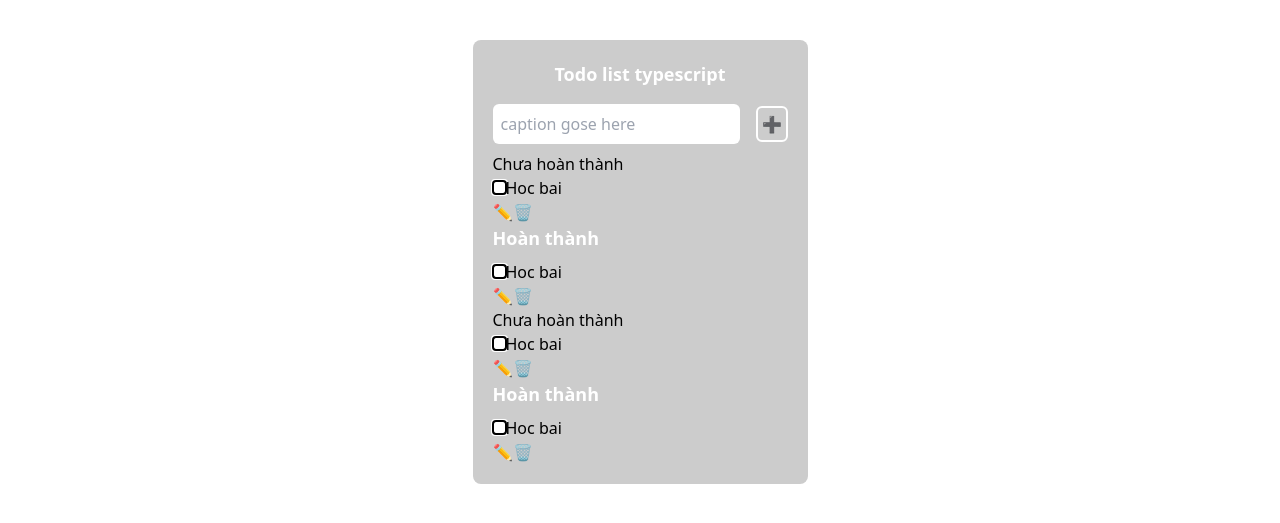
Repository: VIET-TU/react-super-main
Page: / (app in todolist-mybuild/)
These files come from the project's save history. The page is drawn as it stood at one moment and after the next save; the edit follows.
The browser window is 1280 px wide. The pictures show the whole page.
The project was rebuilt for these pictures with package versions that can differ from the ones it lists, and the page was loaded fresh each time. Also part of the build but not shown: todolist-mybuild/vite.config.ts.

Above is the page before, as saved 2023-05-16 07:01:02.

After the next save:
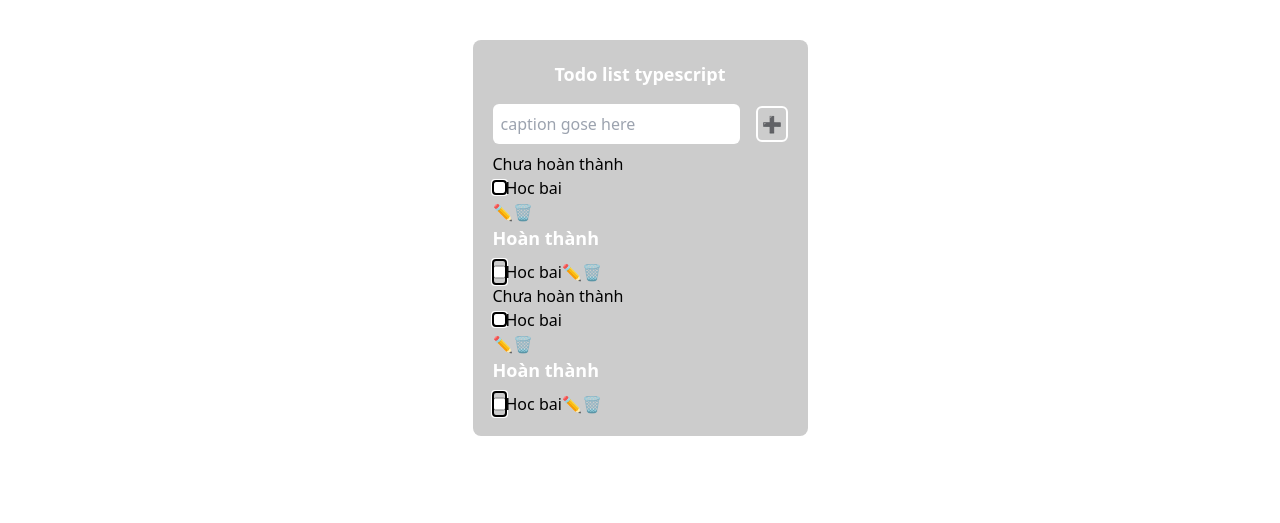
Saved 13 s later.
--- a/todolist-mybuild/src/components/TaskList/TaskList.tsx
+++ b/todolist-mybuild/src/components/TaskList/TaskList.tsx
@@ -19,10 +19,10 @@ const TaskList = () => {
       <div className='finish'>
         <h2 className='mb-2 text-lg font-bold text-white text-[20px]'>Hoàn thành</h2>
         <div className='tasks '>
-          <div className='task'>
+          <div className='flex task'>
             <input type='checkbox' name='' id=' ' />
             <span>Hoc bai</span>
-            <div className='flex'>
+            <div className=''>
               <button>✏️</button>
               <button>🗑️</button>
             </div>
